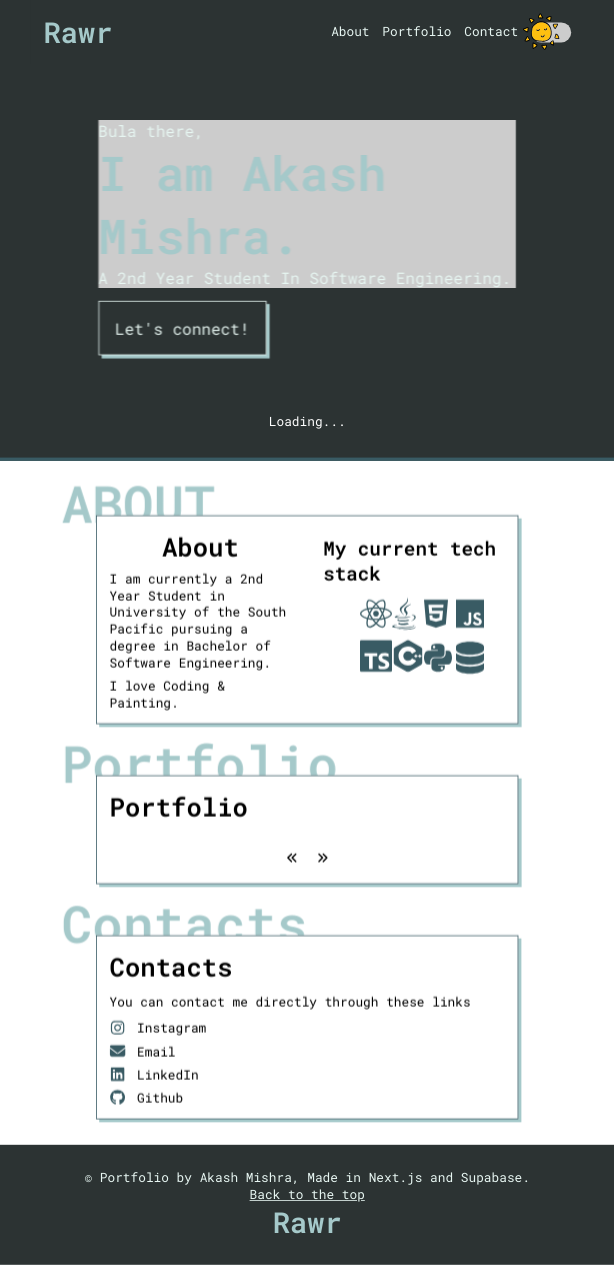
Repository: akashrawr/personal-portfolio
Page: /
An editor plug-in stored every save of this project. The page is shown before and after the next save, followed by the edit.
The browser window is 768 px wide. The pictures show the whole page, at 80% of full size.
The page's requests for data from a server got no answer. The project was rebuilt for these pictures with package versions that can differ from the ones it lists, and the page was loaded fresh each time. The framework's server and built-in components were replaced by stand-ins that run in the browser. No one was signed in, and anything a server would have sent is missing. Also part of the build but not shown: next.config.ts.

Above is the page before, as saved 2025-01-03 20:40:03.

After the next save:
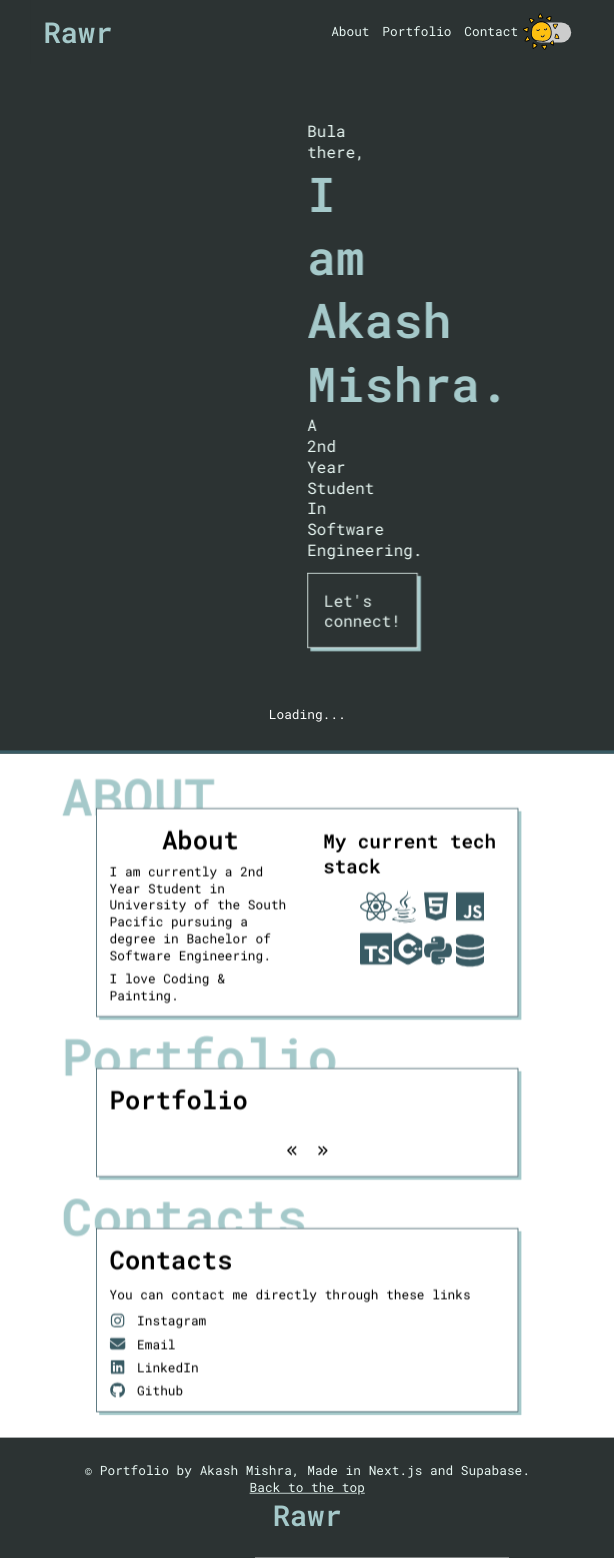
Saved 10 s later.
--- a/app/globals.css
+++ b/app/globals.css
@@ -307,7 +307,7 @@
     margin-top: 20px;
   }
   .hero-container, .hero-image {
-    max-width: 85%;
+    max-width: 5%;
     height: auto;
   }
   .hero-text-container {

After the save that followed:
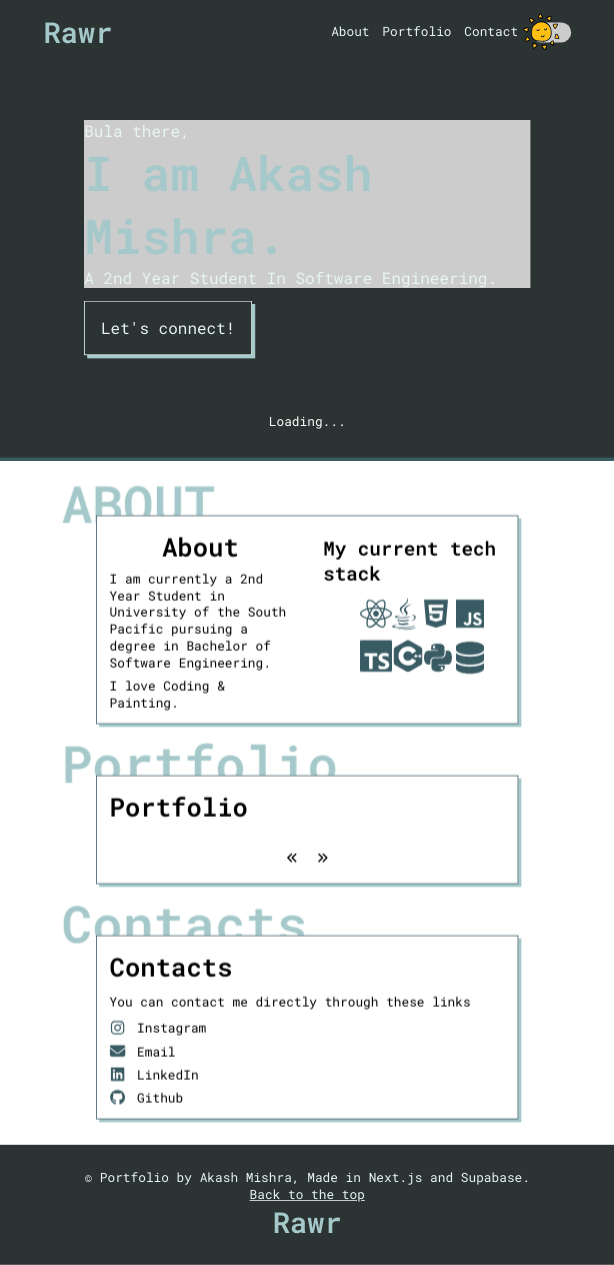
Saved 8 s later.
--- a/app/globals.css
+++ b/app/globals.css
@@ -307,7 +307,7 @@
     margin-top: 20px;
   }
   .hero-container, .hero-image {
-    max-width: 5%;
+    max-width: 100%;
     height: auto;
   }
   .hero-text-container {
